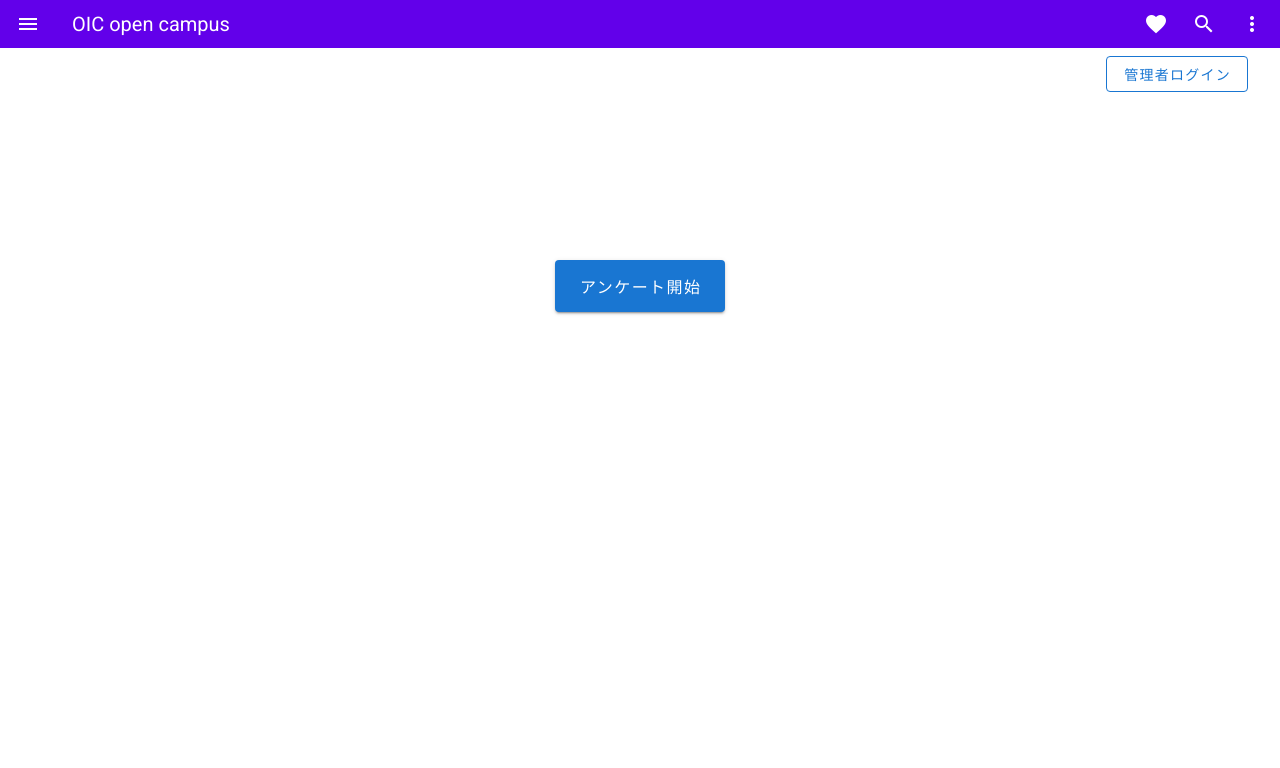
Repository: taniwhy/open-campus-system
Page: / (app in client_view/)
The author's editor kept a copy of each file at every save. The page is drawn from the files as they stood at one save, then again after the next save.
The browser window is 1280 px wide. The pictures show the whole page.
The project was rebuilt for these pictures with package versions that can differ from the ones it lists, and the page was loaded fresh each time. Also part of the build but not shown: client_view/vue.config.js, client_view/src/components/Login.vue, client_view/src/components/Branch.vue, client_view/src/components/Register.vue.

Above is the page before, as saved 2019-11-28 10:41:07.

### client_view/public/index.html
<!DOCTYPE html>
<html lang="en">
  <head>
    <meta charset="utf-8">
    <meta http-equiv="X-UA-Compatible" content="IE=edge">
    <meta name="viewport" content="width=device-width,initial-scale=1.0">
    <link rel="icon" href="<%= BASE_URL %>favicon.ico">
    <title>client_view</title>
    <link rel="stylesheet" href="https://fonts.googleapis.com/css?family=Roboto:100,300,400,500,700,900">
    <link rel="stylesheet" href="https://cdn.jsdelivr.net/npm/@mdi/font@latest/css/materialdesignicons.min.css">
  </head>
  <body>
    <noscript>
      <strong>We're sorry but client_view doesn't work properly without JavaScript enabled. Please enable it to continue.</strong>
    </noscript>
    <div id="app"></div>
    <!-- built files will be auto injected -->
  </body>
</html>

### client_view/src/main.js
import Vue from 'vue'
import App from './App.vue'
import router from './router'
import store from './store'
import vuetify from './plugins/vuetify';

Vue.config.productionTip = false

new Vue({
    router,
    store,
    vuetify,
    render: h => h(App)
}).$mount('#app')

### client_view/src/App.vue
<template>
  <v-app>
    <div>
      <v-app-bar color="deep-purple accent-4" dense dark>
        <v-app-bar-nav-icon></v-app-bar-nav-icon>

        <v-toolbar-title>OIC open campus</v-toolbar-title>

        <v-spacer></v-spacer>

        <v-btn icon>
          <v-icon>mdi-heart</v-icon>
        </v-btn>

        <v-btn icon>
          <v-icon>mdi-magnify</v-icon>
        </v-btn>

        <v-menu left bottom>
          <template v-slot:activator="{ on }">
            <v-btn icon v-on="on">
              <v-icon>mdi-dots-vertical</v-icon>
            </v-btn>
          </template>

          <v-list>
            <v-list-item v-for="n in 5" :key="n" @click="() => {}">
              <v-list-item-title>Option {{ n }}</v-list-item-title>
            </v-list-item>
          </v-list>
        </v-menu>
      </v-app-bar>
    </div>
    <v-content>
      <router-view></router-view>
    </v-content>
  </v-app>
</template>

<script>
export default {
  name: "App",

  components: {},

  data: () => ({
    //
  })
};
</script>

### client_view/src/router/index.js
import Vue from 'vue'
import VueRouter from 'vue-router'
import Home from '../components/Home.vue'
import Login from '../components/Login.vue'
import Branch from '../components/Branch.vue'
import Register from '../components/Register.vue'

Vue.use(VueRouter)

const routes = [{
        path: '/',
        name: 'home',
        component: Home
    },
    {
        path: '/login',
        name: 'login',
        component: Login
    },
    {
        path: '/branch',
        name: 'branch',
        component: Branch
    },
    {
        path: '/register',
        name: 'register',
        component: Register
    },
]

const router = new VueRouter({
    routes
})

export default router

### client_view/src/components/Home.vue
<template>
  <v-app>
    <v-container fluid>
      <v-row>
        <v-col>
          <v-row align="center" justify="end" style="width: 100%;">
            <v-btn flat to="/login" class="ma-2" outlined color="primary">管理者ログイン</v-btn>
          </v-row>
        </v-col>
      </v-row>
    </v-container>
    <v-container style="height: 100%;">
      <v-row style="height: 100%;">
        <v-col>
          <v-row align="center" justify="center" style="height: 60%;">
            <div class="my-2">
              <v-btn flat to="/branch" x-large color="primary" >アンケート開始</v-btn>
            </div>
          </v-row>
        </v-col>
      </v-row>
    </v-container>
  </v-app>
</template>

<script>
export default {
  name: "Home",
  data: () => ({})
};
</script>

Loaded but not shown: client_view/src/store/index.js (common file); client_view/src/plugins/vuetify.js (common file)

After the next save:
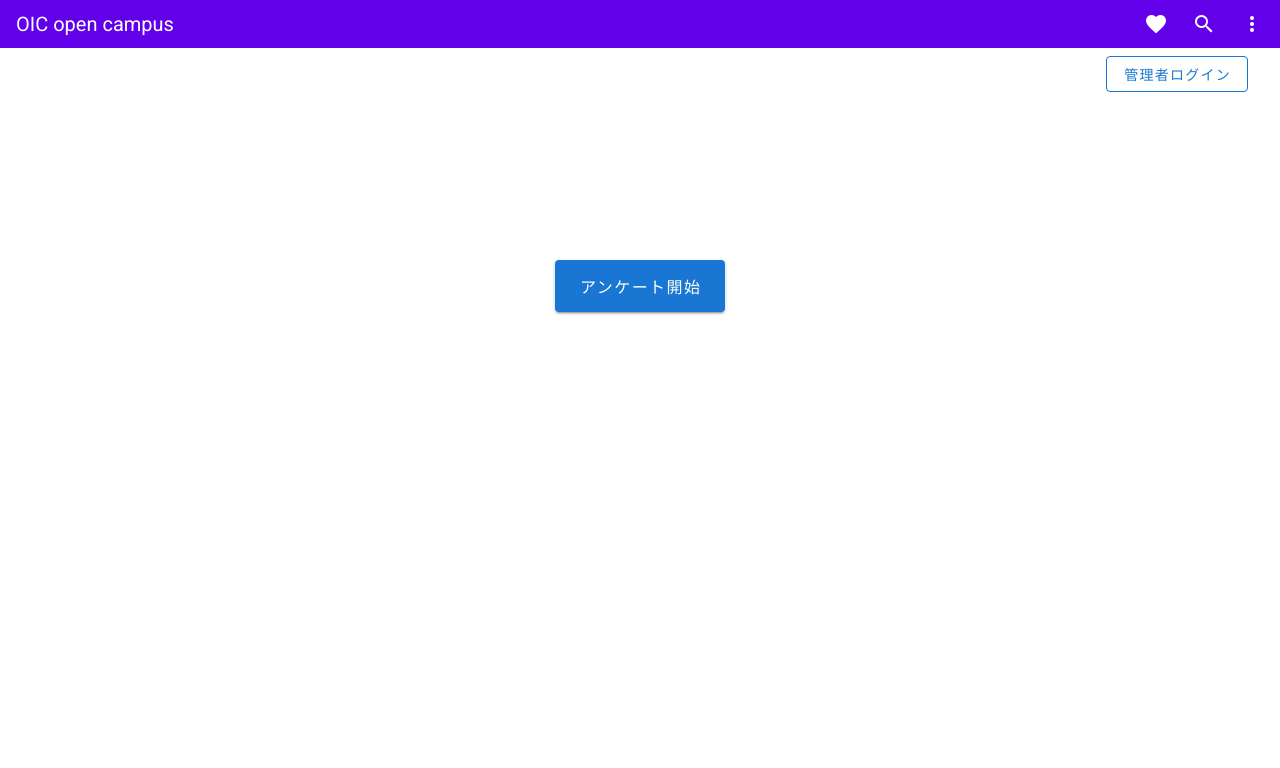
Saved 47 s later.
--- a/client_view/src/App.vue
+++ b/client_view/src/App.vue
@@ -2,7 +2,6 @@
   <v-app>
     <div>
       <v-app-bar color="deep-purple accent-4" dense dark>
-        <v-app-bar-nav-icon></v-app-bar-nav-icon>
 
         <v-toolbar-title>OIC open campus</v-toolbar-title>
 
